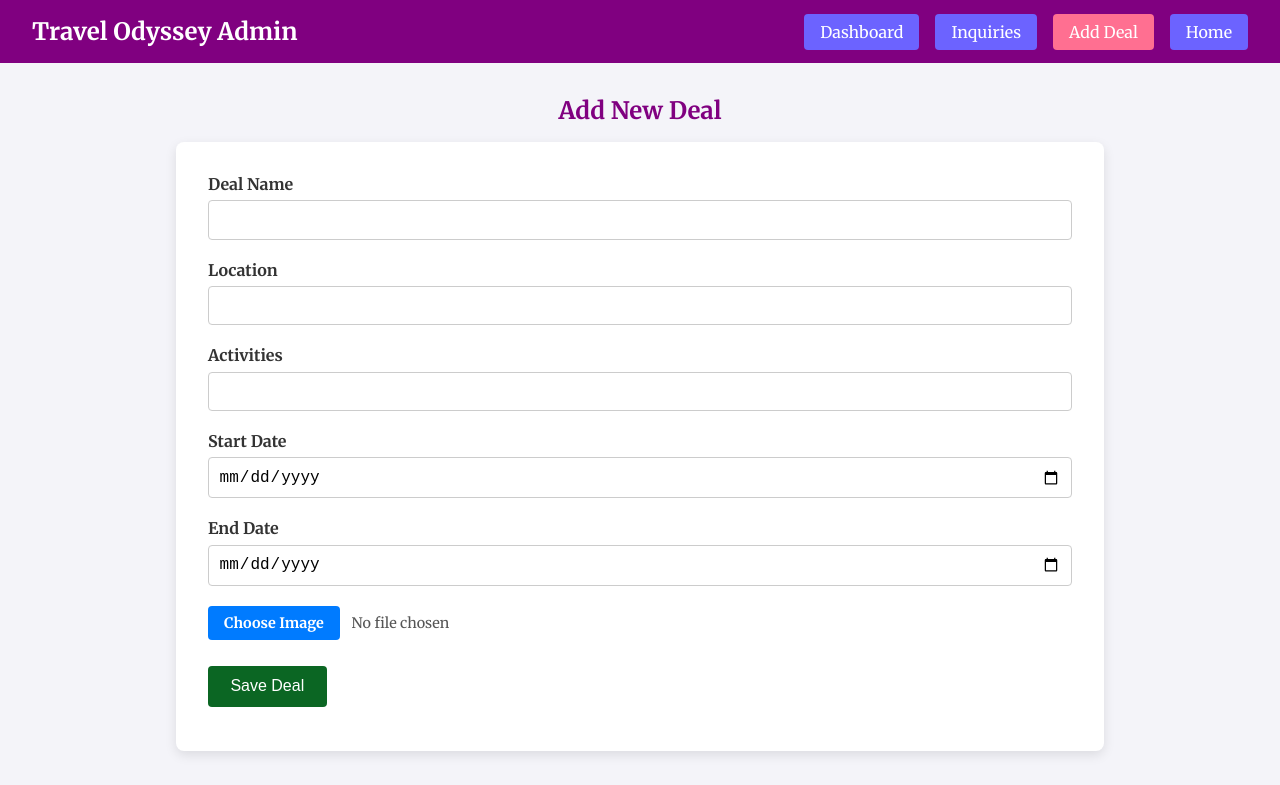
Repository: GHzPhoenix/Project-Odyssey
Page: Frontend/add-deal.html
These files come from the project's save history. The page is drawn as it stood at one moment and after the next save; the edit follows.
The browser window is 1280 px wide. The pictures show the whole page.

Above is the page before, as saved 2025-06-12 20:07:42.

### Frontend/add-deal.html
<!DOCTYPE html>
<html lang="en">
  <head>
    <meta charset="UTF-8" />
    <meta name="viewport" content="width=device-width,initial-scale=1.0" />
    <title>Admin – Add Deal</title>
    <link rel="stylesheet" href="/Frontend/css/admin.css" />
  </head>
  <body>
    <header>
      <nav>
        <div class="logo">Travel Odyssey Admin</div>
        <ul>
          <li><a href="admin.html">Dashboard</a></li>
          <li><a href="inquiries.html">Inquiries</a></li>
          <li><a href="add-deal.html" class="active">Add Deal</a></li>
          <li><a href="index.html">Home</a></li>
        </ul>
      </nav>
    </header>

    <main>
      <h2>Add New Deal</h2>
      <form id="deal-form">
        <div class="input-group">
          <label for="name">Deal Name</label>
          <input type="text" id="name" required />
        </div>
        <div class="input-group">
          <label for="location">Location</label>
          <input type="text" id="location" required />
        </div>
        <div class="input-group">
          <label for="activities">Activities</label>
          <input type="text" id="activities" required />
        </div>
        <div class="input-group">
          <label for="start_date">Start Date</label>
          <input type="date" id="start_date" required />
        </div>
        <div class="input-group">
          <label for="end_date">End Date</label>
          <input type="date" id="end_date" required />
        </div>
        <div class="input-group">
          <label class="file-input-label" for="image_file">
            Choose Image
          </label>
          <input type="file" id="image_file" accept="image/*" />
          <span id="file-chosen">No file chosen</span>
        </div>
        <button type="submit">Save Deal</button>
        <p id="deal-message"></p>
      </form>
    </main>

    <script>
      const params = new URLSearchParams(location.search);
      for (let key of ["name", "location", "activities"]) {
        if (params.has(key)) {
          document.getElementById(key).value = params.get(key);
        }
      }

      const fi = document.getElementById("image_file"),
        fc = document.getElementById("file-chosen");
      fi.addEventListener("change", () => {
        fc.textContent = fi.files[0]?.name || "No file chosen";
      });

      document
        .getElementById("deal-form")
        .addEventListener("submit", async (e) => {
          e.preventDefault();
          const msg = document.getElementById("deal-message");
          msg.textContent = "";
          msg.className = "";

          const name = document.getElementById("name").value.trim();
          const loc = document.getElementById("location").value.trim();
          const acts = document.getElementById("activities").value.trim();
          const sd = document.getElementById("start_date").value;
          const ed = document.getElementById("end_date").value;

          if (!name || !loc || !acts || !sd || !ed) {
            msg.textContent = "Fill all fields";
            msg.classList.add("error");
            return;
          }
          if (!fi.files.length) {
            msg.textContent = "Select an image";
            msg.classList.add("error");
            return;
          }

          const reader = new FileReader();
          const dataUrl = await new Promise((res) => {
            reader.onload = () => res(reader.result);
            reader.readAsDataURL(fi.files[0]);
          });

          const payload = {
            name,
            location: loc,
            activities: acts,
            start_date: sd,
            end_date: ed,
            image_url: dataUrl,
          };

          const token = localStorage.getItem("token");
          if (!token) {
            msg.textContent = "Login as admin first";
            msg.classList.add("error");
            return;
          }

          try {
            const resp = await fetch("http://127.0.0.1:5001/api/deals", {
              method: "POST",
              headers: {
                "Content-Type": "application/json",
                Authorization: "Bearer " + token,
              },
              body: JSON.stringify(payload),
            });
            const data = await resp.json();
            if (!resp.ok) throw new Error(data.error || "Save failed");
            msg.textContent = "Deal saved!";
            msg.classList.add("success");
            e.target.reset();
            fc.textContent = "No file chosen";
          } catch (err) {
            console.error(err);
            msg.textContent = err.message;
            msg.classList.add("error");
          }
        });
    </script>
  </body>
</html>

### Frontend/css/admin.css
@import url("https://fonts.googleapis.com/css2?family=Merriweather:wght@300;400;700&display=swap");

* {
  box-sizing: border-box;
  margin: 0;
  padding: 0;
}

body {
  font-family: "Merriweather", serif;
  background: #f4f4f9;
  color: #333;
}
.action {
  background: #6c63ff;
  color: white;
  border: none;
  padding: 0.4rem 0.8rem;
  border-radius: 4px;
  cursor: pointer;
  font-size: 0.9rem;
  transition: background 0.2s ease;
}
.action:hover {
  background: #5950d4;
}
.modal-overlay {
  display: none;
  position: fixed;
  inset: 0;
  background: rgba(0, 0, 0, 0.6);
  align-items: center;
  justify-content: center;
  z-index: 1000;
}
.modal-overlay.active {
  display: flex;
}
.modal {
  background: #fff;
  padding: 2rem;
  border-radius: 8px;
  width: 90%;
  max-width: 400px;
  box-shadow: 0 2rem 4rem rgba(0, 0, 0, 0.2);
}
.modal h2 {
  margin-bottom: 1rem;
  color: purple;
}
.modal .input-group {
  margin-bottom: 1rem;
}
.modal label {
  display: block;
  margin-bottom: 0.4rem;
  font-weight: 600;
}
.modal input[type="text"],
.modal input[type="date"] {
  width: 100%;
  padding: 0.5rem;
  border: 1px solid #ccc;
  border-radius: 4px;
}

.modal-actions {
  text-align: right;
  margin-top: 1rem;
}
.modal-actions button {
  background: #6c63ff;
  color: #fff;
  border: none;
  padding: 0.5rem 1rem;
  border-radius: 4px;
  cursor: pointer;
  margin-left: 0.5rem;
  transition: background 0.2s;
}
.modal-actions button#modal-cancel {
  background: #ccc;
  color: #333;
}
.modal-actions button:hover {
  background: #5950d4;
}

header nav {
  background: purple;
  padding: 1rem 2rem;
  display: flex;
  align-items: center;
  justify-content: space-between;
}

header nav .logo {
  color: white;
  font-size: 1.5rem;
  font-weight: bold;
}

header nav ul {
  list-style: none;
  display: flex;
  gap: 1rem;
}

header nav a {
  color: white;
  text-decoration: none;
  padding: 0.5rem 1rem;
  background: #6c63ff;
  border-radius: 4px;
  transition: background 0.2s;
}

header nav a.active,
header nav a:hover {
  background: #ff6f91;
}

main {
  max-width: 960px;
  margin: 2rem auto;
  padding: 0 1rem;
}

h1,
h2 {
  color: purple;
  margin-bottom: 1rem;
  text-align: center;
}

form {
  background: white;
  padding: 2rem;
  border-radius: 8px;
  box-shadow: 0 4px 12px rgba(0, 0, 0, 0.1);
}

form .input-group {
  margin-bottom: 1.25rem;
}

form label {
  display: block;
  margin-bottom: 0.4rem;
  font-weight: 600;
}

form input[type="text"],
form input[type="date"],
form textarea {
  width: 100%;
  padding: 0.6rem;
  border: 1px solid #ccc;
  border-radius: 4px;
  font-size: 1rem;
}

form textarea {
  resize: vertical;
  min-height: 80px;
}

.file-input-label {
  display: inline-block;
  padding: 0.5rem 1rem;
  background: #007bff;
  color: white;
  border-radius: 4px;
  cursor: pointer;
  font-size: 0.9rem;
}

#file-chosen {
  margin-left: 0.5rem;
  font-size: 0.9rem;
  vertical-align: middle;
  color: #555;
}

input[type="file"] {
  display: none;
}

button[type="submit"] {
  background: #0b6623;
  color: white;
  padding: 0.7rem 1.4rem;
  border: none;
  border-radius: 4px;
  font-size: 1rem;
  cursor: pointer;
}

button[type="submit"]:hover {
  background: #095a1a;
}

#deal-message,
#inquiry-message {
  margin-top: 0.75rem;
  font-size: 0.9rem;
}

#deal-message.error,
#inquiry-message.error {
  color: #b00020;
}

#deal-message.success,
#inquiry-message.success {
  color: #0b6623;
}

table {
  width: 100%;
  border-collapse: collapse;
  background: white;
  margin-top: 1rem;
  box-shadow: 0 2px 8px rgba(0, 0, 0, 0.1);
}

th,
td {
  padding: 0.75rem 1rem;
  border: 1px solid #ddd;
  text-align: left;
}

th {
  background: purple;
  color: white;
  font-weight: 600;
}

tr:nth-child(even) td {
  background: #f9f9ff;
}

.inquiry-actions button {
  background: #6c63ff;
  color: white;
  border: none;
  padding: 0.4rem 0.8rem;
  border-radius: 4px;
  cursor: pointer;
  font-size: 0.9rem;
  margin-right: 0.5rem;
}

.inquiry-actions button:hover {
  background: #5950d4;
}

.deal-card {
  background: white;
  border-radius: 8px;
  box-shadow: 0 2px 8px rgba(0, 0, 0, 0.1);
  overflow: hidden;
  margin: 1rem 0;
  display: flex;
}

.deal-card img {
  width: 120px;
  object-fit: cover;
}

.deal-card-body {
  padding: 1rem;
  flex: 1;
}

.deal-card-body h3 {
  margin-bottom: 0.5rem;
}

.deal-card-body p {
  margin-bottom: 0.5rem;
}

.deal-card-body .card-button {
  background: #6c63ff;
  color: white;
  padding: 0.4rem 0.8rem;
  border-radius: 4px;
  text-decoration: none;
}

.deal-card-body .card-button:hover {
  background: #5950d4;
}

.button-link {
  display: inline-block;
  margin-top: 1.5rem;
  color: #6c63ff;
  text-decoration: underline;
}

After the next save:
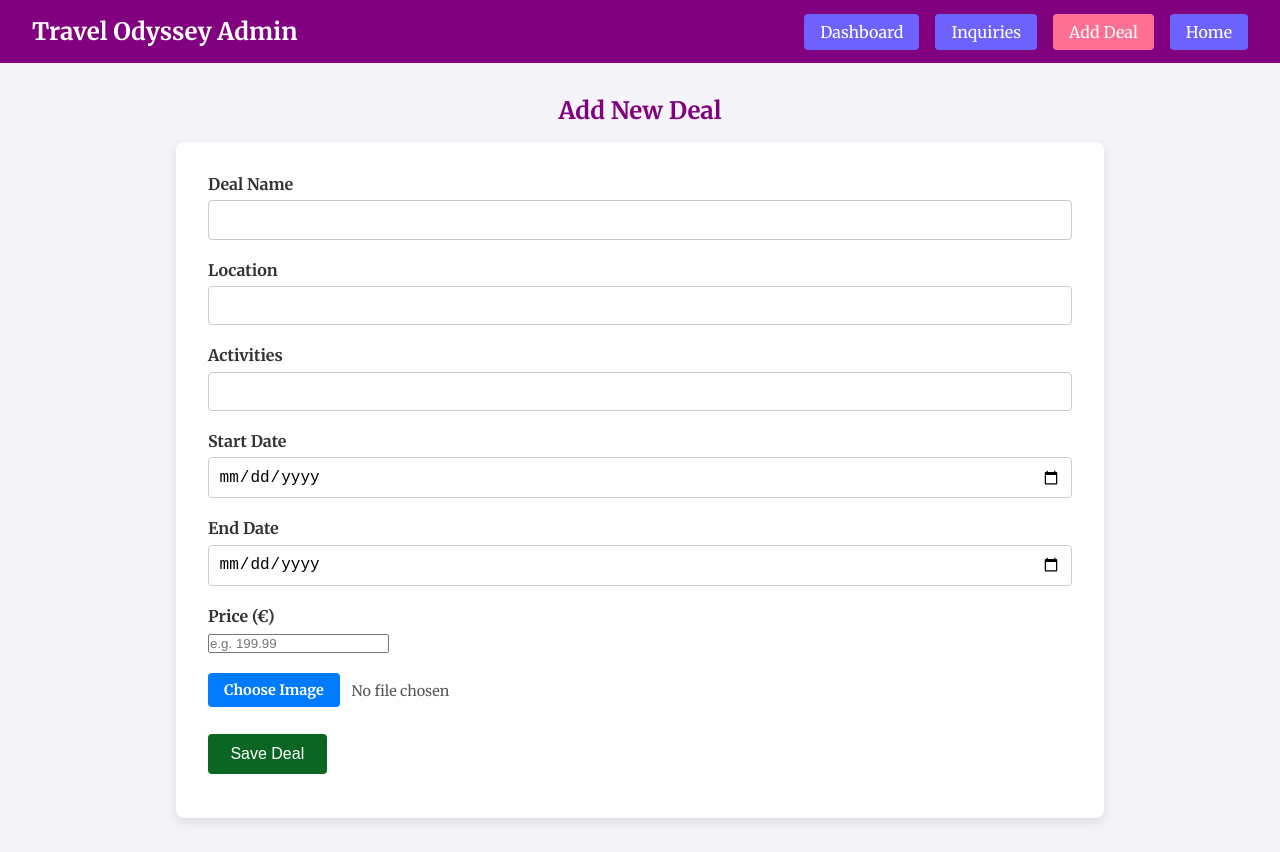
Saved 17 h 47 min later.
--- a/Frontend/add-deal.html
+++ b/Frontend/add-deal.html
@@ -42,6 +42,18 @@
           <label for="end_date">End Date</label>
           <input type="date" id="end_date" required />
         </div>
+        <!-- New Price Field -->
+        <div class="input-group">
+          <label for="price">Price (€)</label>
+          <input
+            type="number"
+            id="price"
+            required
+            min="0"
+            step="0.01"
+            placeholder="e.g. 199.99"
+          />
+        </div>
         <div class="input-group">
           <label class="file-input-label" for="image_file">
             Choose Image
@@ -55,13 +67,15 @@
     </main>
 
     <script>
+      // Pre-fill from query if present
       const params = new URLSearchParams(location.search);
-      for (let key of ["name", "location", "activities"]) {
+      for (let key of ["name", "location", "activities", "price"]) {
         if (params.has(key)) {
           document.getElementById(key).value = params.get(key);
         }
       }
 
+      // File chooser UI
       const fi = document.getElementById("image_file"),
         fc = document.getElementById("file-chosen");
       fi.addEventListener("change", () => {
@@ -81,9 +95,12 @@
           const acts = document.getElementById("activities").value.trim();
           const sd = document.getElementById("start_date").value;
           const ed = document.getElementById("end_date").value;
+          const priceVal = parseFloat(document.getElementById("price").value);
 
-          if (!name || !loc || !acts || !sd || !ed) {
-            msg.textContent = "Fill all fields";
+          // Validation
+          if (!name || !loc || !acts || !sd || !ed || isNaN(priceVal)) {
+            msg.textContent =
+              "Please fill all fields, including a valid price.";
             msg.classList.add("error");
             return;
           }
@@ -93,18 +110,21 @@
             return;
           }
 
+          // Read image
           const reader = new FileReader();
           const dataUrl = await new Promise((res) => {
             reader.onload = () => res(reader.result);
             reader.readAsDataURL(fi.files[0]);
           });
 
+          // Build payload
           const payload = {
             name,
             location: loc,
             activities: acts,
             start_date: sd,
             end_date: ed,
+            price: priceVal,
             image_url: dataUrl,
           };
 
@@ -115,6 +135,7 @@
             return;
           }
 
+          // Send to backend
           try {
             const resp = await fetch("http://127.0.0.1:5001/api/deals", {
               method: "POST",
